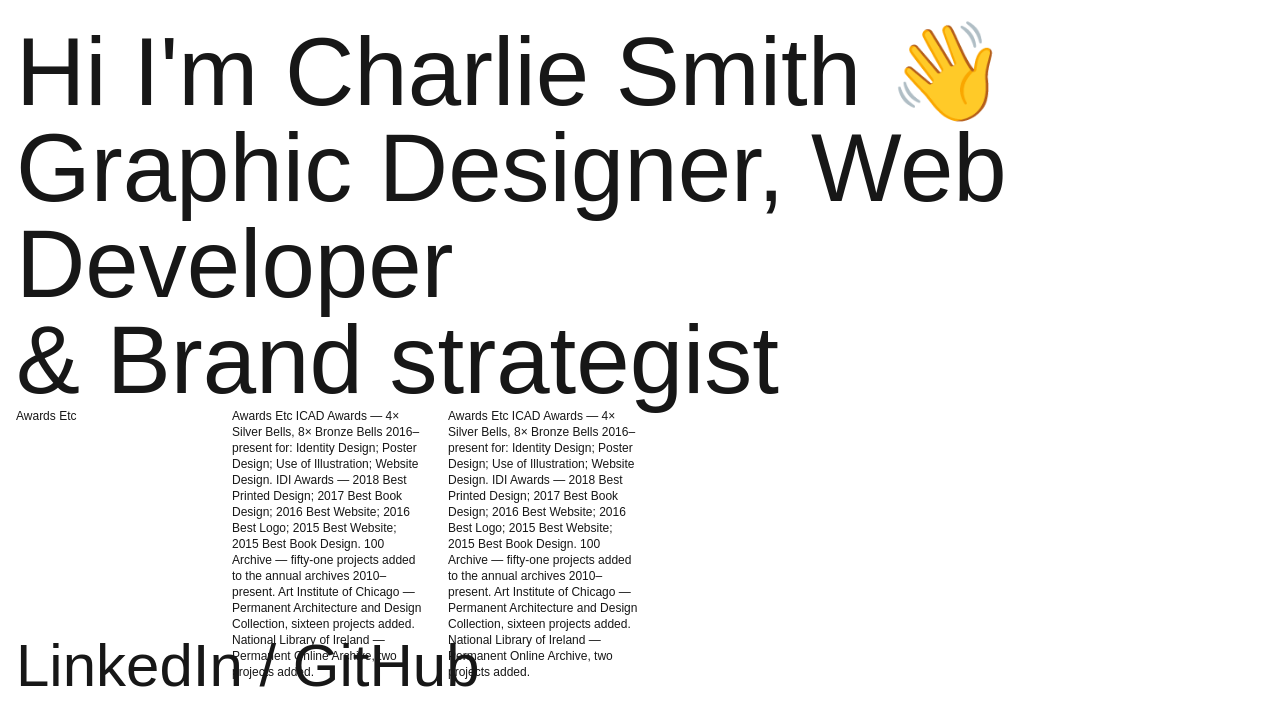
Repository: charlehs/portfolio
Page: /
The author's editor kept a copy of each file at every save. The page is drawn from the files as they stood at one save, then again after the next save.
The browser window is 1280 px wide. The pictures show the whole page.
The project was rebuilt for these pictures with package versions that can differ from the ones it lists, and the page was loaded fresh each time. The framework's server and built-in components were replaced by stand-ins that run in the browser. Also part of the build but not shown: next.config.ts.

Above is the page before, as saved 2025-01-02 18:27:05.

After the next save:
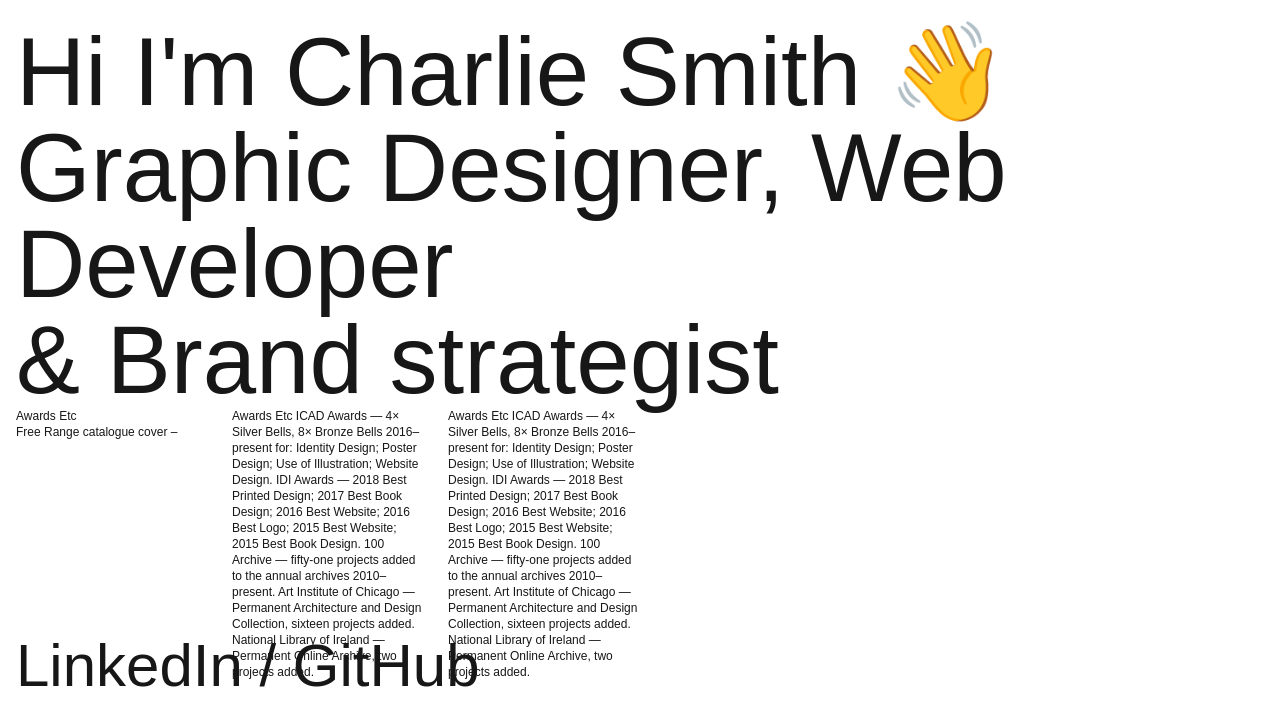
Saved 6 min 14 s later.
--- a/app/page.tsx
+++ b/app/page.tsx
@@ -17,6 +17,7 @@ export default function Home() {
         <div className="grid grid-cols-3  text-xs max-w-[50%] gap-6">
           <p>
             Awards Etc <br />
+            Free Range catalogue cover {"–"}
           </p>
           <p>
             Awards Etc ICAD Awards — 4× Silver Bells, 8× Bronze Bells
